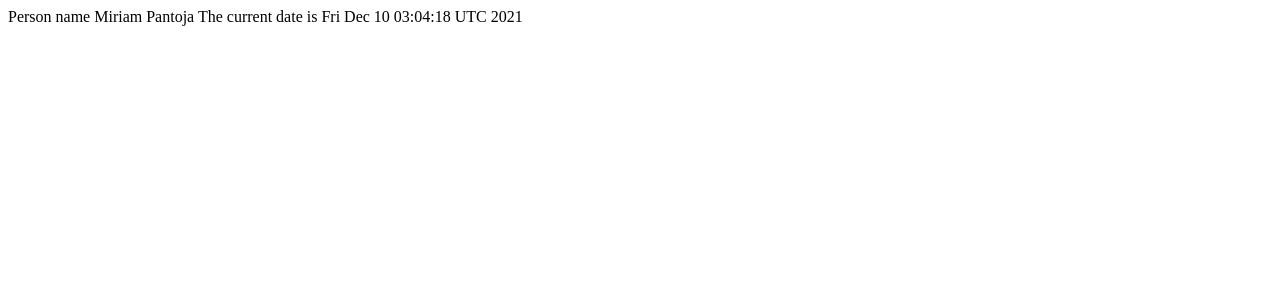
Repository: TeddyLikesCoffee/PracticePrograms
Page: http://localhost/HelloJSP/helloJSP.jsp
These files come from the project's save history. The page is drawn as it stood at one moment and after the next save; the edit follows.
The browser window is 1280 px wide. The pictures show the whole page.
The page is served by Tomcat 9.

Above is the page before, as saved 2021-12-10 03:24:55.

After the next save:
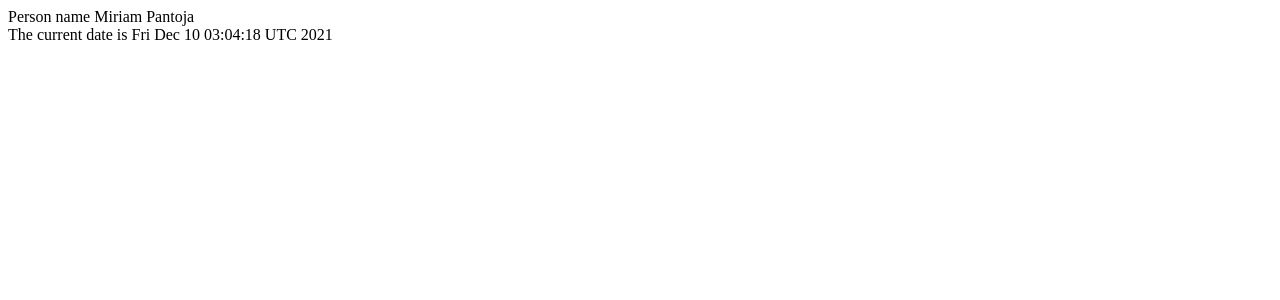
Saved 19 s later.
--- a/HelloJSP/src/main/webapp/helloJSP.jsp
+++ b/HelloJSP/src/main/webapp/helloJSP.jsp
@@ -12,7 +12,7 @@
  int age =30;
 %>
 <body>
- Person name <%=fName+" "+lName %>
+ Person name <%=fName+" "+lName %><br>
  The current date is <%= new java.util.Date() %>
 </body>
 </html>
